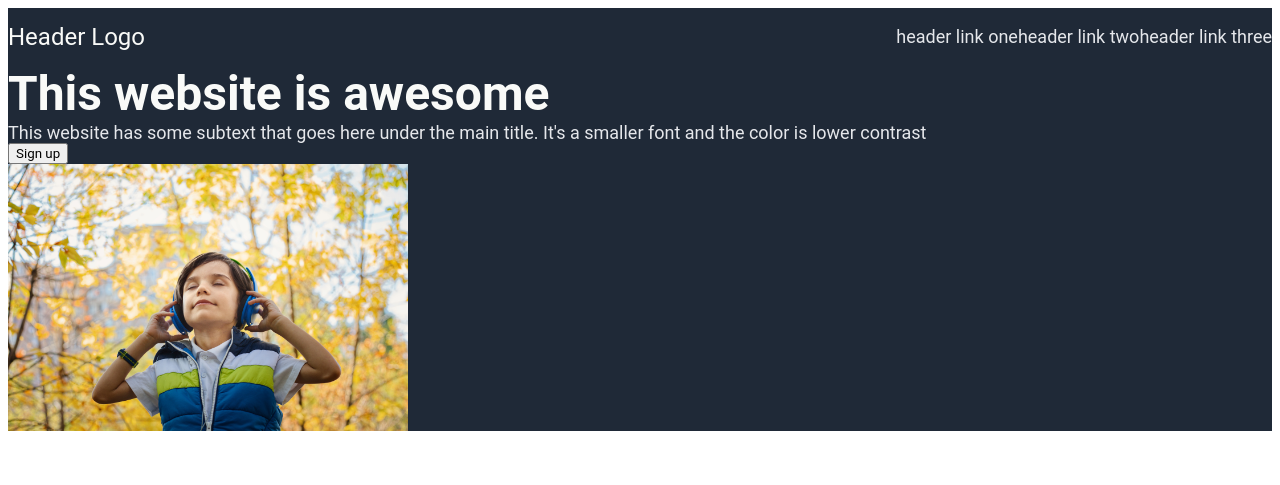
Repository: z1youRA/FirstWebsite
Page: index.html
These files come from the project's save history. The page is drawn as it stood at one moment and after the next save; the edit follows.
The browser window is 1280 px wide. The pictures show the whole page.

Above is the page before, as saved 2021-11-25 17:08:34.

After the next save:
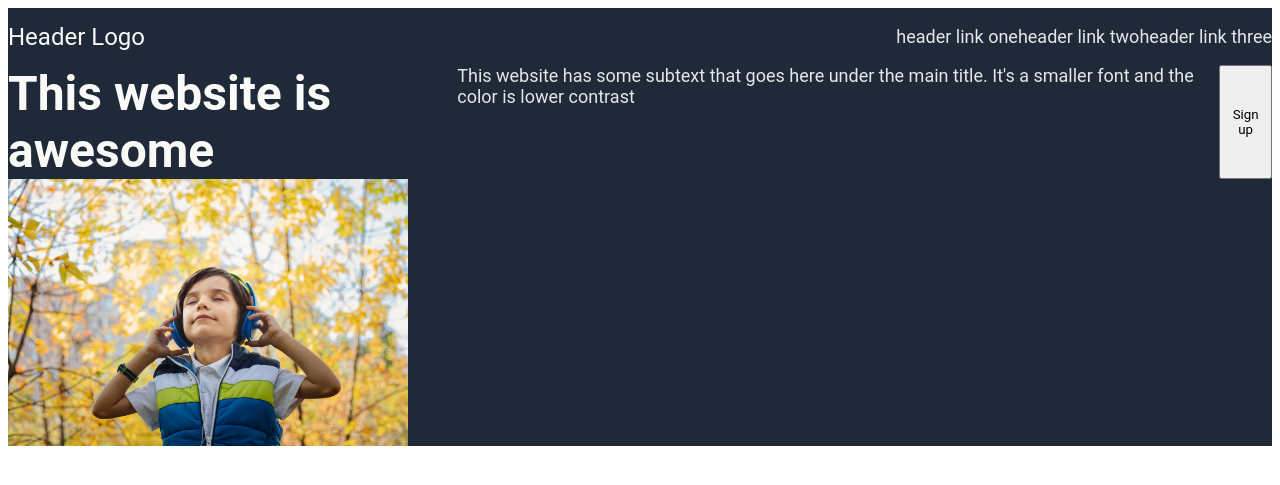
Saved 41 s later.
--- a/styles.css
+++ b/styles.css
@@ -8,19 +8,22 @@
     flex-direction: column;
 }
 
-.hero img {
-    max-width: 400px;
-}
-
 .header {
     display: flex;
     align-items: center;
     justify-content: space-between;
 }
 
+.container {
+    display: flex;
+}
 .right-links {
     display: flex;
     flex-direction: row;
+}
+
+.hero img {
+    max-width: 400px;
 }
 
 .header .logo {
